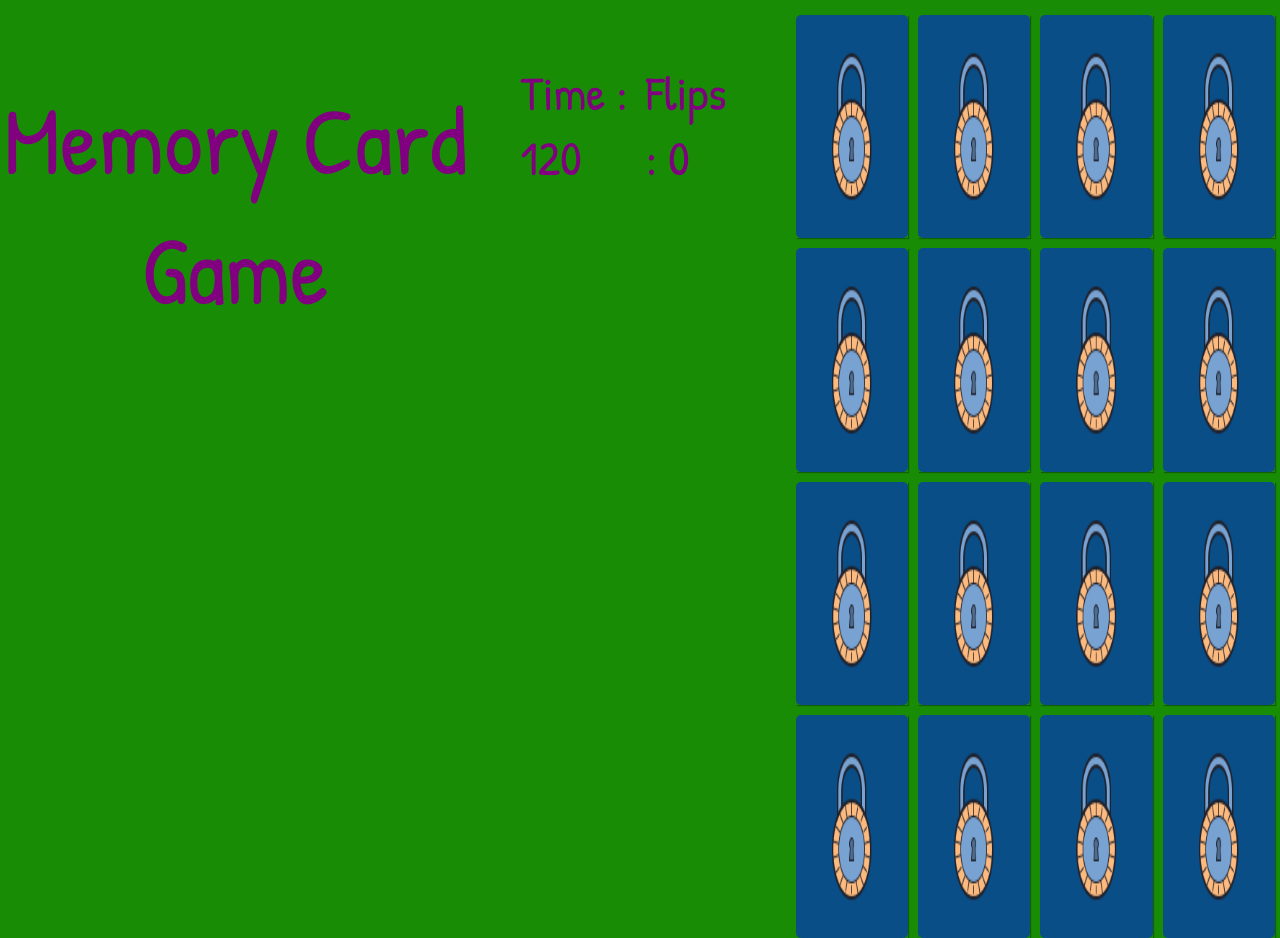
Repository: claudiadanaila1/Project-2--Interactive-FrontEnd---Memory-game
Page: index.html
The author's editor kept a record of every edit. The page is drawn from the files as they stood at one moment, then again after the next edit.
The browser window is 1280 px wide. The pictures show the whole page.

Above is the page before.

After the next edit:
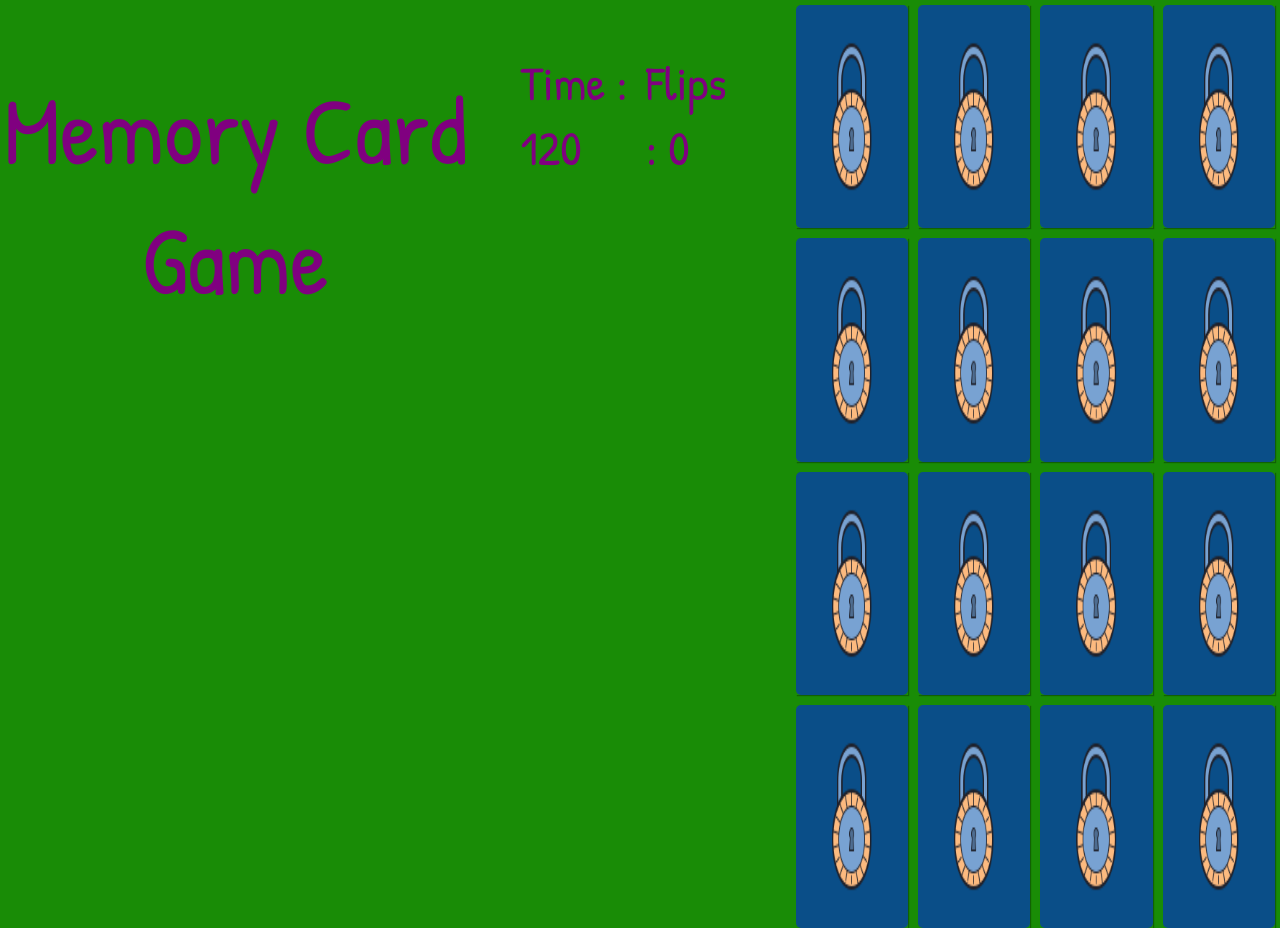
The edit:
--- a/css/style.css
+++ b/css/style.css
@@ -6,9 +6,8 @@
 }
 
 html {
-   height: 100vh;
-    display: flex;
-    background-color:#198c06;
+  min-height: 100vh;
+
 }
 
 body{
